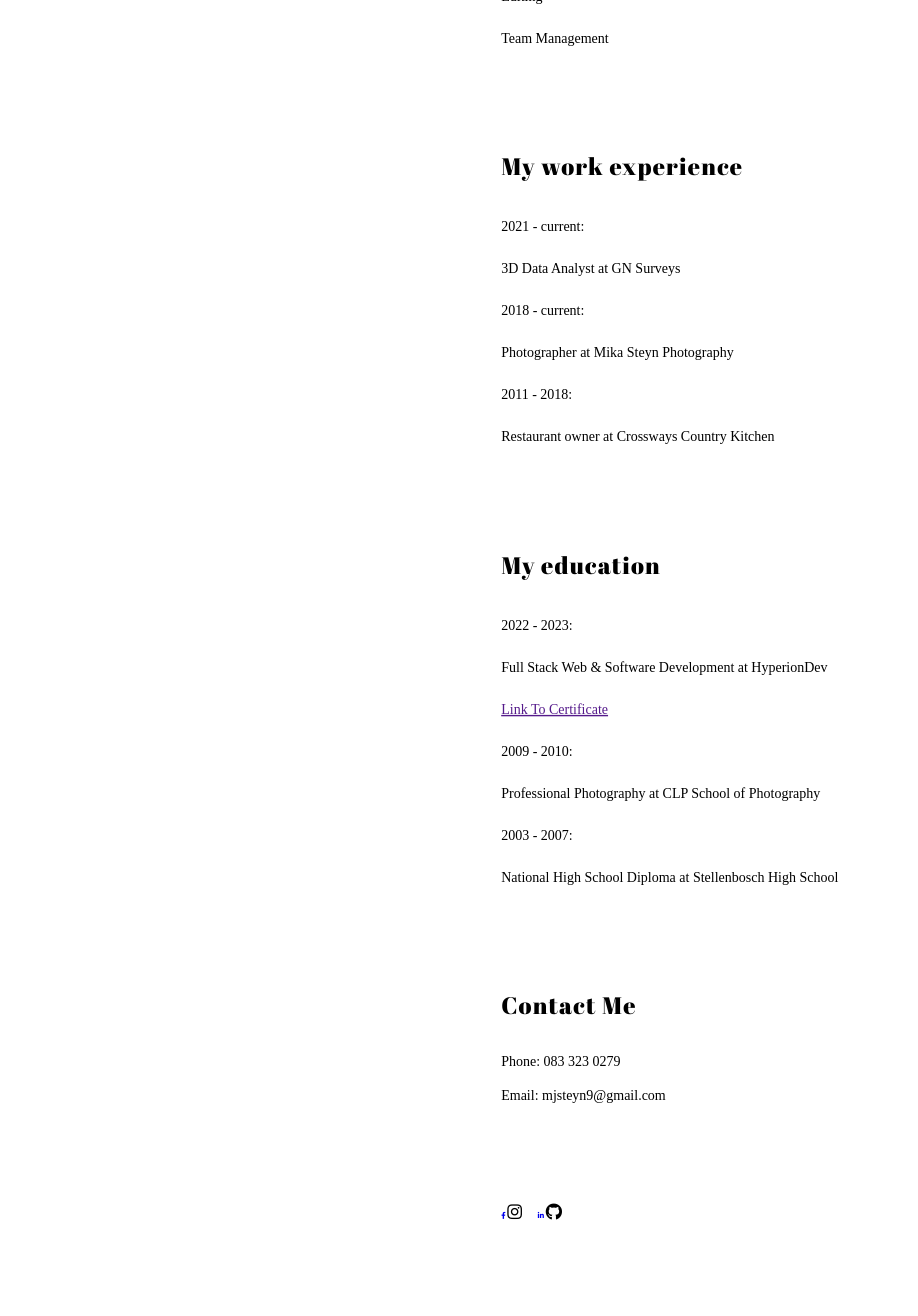
Repository: mikasteyn999/My-CV-Website
Page: index.html
The author's editor kept a copy of each file at every save. The page is drawn from the files as they stood at one save, then again after the next save.
The browser window is 1280 px wide. The page is 1312 px wide, so the pictures cover 1312 px, including what lies to the right of the window. The pictures show the part of the page from y = 1756 to 3636 px (the page is 3636 px tall), at 70% of full size.
Some web fonts or font styles are not loaded; a fallback is used.

Above is the page before, as saved 2023-06-03 19:50:07.

### index.html
<!doctype html>
<html lang="en">
    <head>
        <!-- PAGE TITLE -->
        <title>Mika Steyn CV</title>
        <!-- FONTS -->
        <link href="https://fonts.googleapis.com/css?family=Abril+Fatface%7CArapey&amp;subset=latin-ext" rel="stylesheet">
        <!-- STYLESHEETS -->
        <link rel="stylesheet" type="text/css" href="assets/css/main.css">
        <link rel="stylesheet" href="https://cdnjs.cloudflare.com/ajax/libs/font-awesome/5.15.3/css/all.min.css">
    </head>
    <body>
        <!-- IMAGE CONTAINER -->
        <div class="image-container">
            <div class="background-img"></div>
        </div>
        <!-- CONTENT AREA -->
        <div class="content-area">
            <!-- CONTENT AREA INNER -->
            <div class="content-area-inner">
                <!-- INTRO -->
                <section id="intro">
                    <!-- CONTAINER MID -->
                    <div class="container-mid">
                            <h1>I’m Mika Steyn</h1>
                            <p class="subline">DEVELOPER  |  PHOTOGRAPHER  |  DATA ANALYST</p>
                    </div>
                </section>
                <!-- ABOUT -->
                <section id="about">
                    <h3>Why I can help you</h3>
                    <br>
                    <p>I am a multi-talented professional with a unique combination of skills in software development, photography, and data analysis. With a diploma in Full Stack Web & Software Development, I have a strong technical background and am proficient in several programming languages, including HTML, Java, and JavaScript.
                        <br>
                        <br>
                        In addition to my expertise in software development, I have a passion for photography and have been honing my skills for several years. My focus is mostly on weddings & portraiture, playing with natural light in compelling ways.
                        <br>
                        <br>
                        Finally, I have a strong analytical mind and a deep understanding of data analysis. I have experience working with large datasets in the land surveying sector.
                        <br>
                        br
                        With a diverse skill set and a passion for learning new things, I am a dynamic professional who is able to take on a wide range of challenges and deliver exceptional results.</p></p>
                </section>
                <!-- SKILLS -->
                <section id="skills">
                    <h3>My skills</h3>
                    <!-- SKILLS LIST -->
                    <ul class="skills-list">
                        <li>Full Stack Web Development</li>
                        <li>Software Development</li>
                        <li>Wedding & Lifestyle Photography</li>
                        <li>Editing</li>
                        <li>Team Management</li>
                    </ul>
                </section>
                <!-- WORK EXPERIENCE -->
                <section id="work">
                    <h3>My work experience</h3>
                <!-- WORK LIST -->
                    <ul class="work-list">
                        <li>2021 - current:
                            <br>
                            3D Data Analyst at GN Surveys</li>
                        <li>2018 - current:
                            <br>
                            Photographer at Mika Steyn Photography</li>
                        <li>2011 - 2018:
                            <br>
                            Restaurant owner at Crossways Country Kitchen</li>
                    </ul>
                </section>
                <!-- EDUCATION -->
                <section id="education">
                    <h3>My education</h3>
                <!-- EDUCATION LIST -->
                    <ul class="education-list">
                        <li>2022 - 2023:
                            <br>
                            Full Stack Web & Software Development at HyperionDev
                            <br>
                            <a href="">Link To Certificate</a>
                        </li>
                        <li>2009 - 2010:
                            <br>
                            Professional Photography at CLP School of Photography</li>
                        <li>2003 - 2007:
                            <br>
                            National High School Diploma at Stellenbosch High School</li>
                    </ul>
                </section>
                <!-- CONTACT -->
                <section id="contact">
                    <h3>Contact Me</h3>
                    <!-- CONTACT LIST -->
                    <ul class="contact-list">
                        <li>Phone: 083 323 0279</li>
                        <li>Email: mjsteyn9@gmail.com</li>
                    </ul>
                </section>
                <!-- FOOTER -->
                <section id="footer" class="social-icons">
                    <!-- SOCIAL ICONS -->
                    <a href="https://www.facebook.com/mikasteynphotography"><i class="fab fa-facebook-f" aria-hidden="true"></i></a>
                    <a href="https://www.instagram.com/mikasteynphotography"><i class="fab fa-instagram" aria-hidden="true"></i></a>
                    <a href="https://www.linkedin.com/in/mika-steyn-169564208/"><i class="fab fa-linkedin-in" aria-hidden="true"></i></a>
                    <a href="https://github.com/mikasteyn999"><i class="fab fa-github" aria-hidden="true"></i></a>
                </section>
            </div>
        </div>
    </body>
</html>

### assets/css/main.css
html {
    font-size: 10px;
}

body {
    font-family: 'Arapey', serif;
    font-weight: 300;
    font-style: normal;
    color: #000;
    background: #fff;
    -webkit-font-smoothing: antialiased;
}

h1, h2, h3, h4, h5, h6 {
    font-family: 'Abril Fatface', cursive;
    font-weight: normal;
    letter-spacing: .05em;
    color: #000;;
}

h1 {
    font-size: 4.4rem;
}

h2 {
    font-size: 3.9rem;
}

h3 {
    font-size: 3.4rem;
}

h4 {
    font-size: 2.9rem;
}

h5 {
    font-size: 2.4rem;
}

h6 {
    font-size: 1.9rem;
}

p {
    font-size: 1.8rem;
}

@media (max-width:600px) {
    html {
        font-size: 8px;
    }
}

@media (max-width:500px) {
    html {
        font-size: 7px;
    }
}

.image-container {
    position: fixed;
    z-index: 10;
    top: 0;
    left: 0;

    width: 50%;
    height: 100%;
}

.image-container .background-img {
    position: absolute;
    z-index: 1;
    top: 0;
    left: 0;

    width: 100%;
    height: 100%;

    background: url(../img/profilePhoto.jpg);
    background-repeat: no-repeat;
    background-size: cover;
}

@media (max-width:1200px) {
    .image-container {
        position: relative;
        z-index: 10;
        top: 0;
        left: 0;

        width: 100%;
        height: 100vh;
    }
}

.content-area {
    position: relative;
    left: 0;

    width: 100%;
}

.content-area .content-area-inner {
    position: relative;
    left: 50%;

    width: 50%;
    padding: 0 20px;
    overflow-x: hidden;
}

.content-area .content-area-inner section {
    max-width: 520px;
    margin: 0 auto 18vh auto;
}

@media (max-width:1200px) {
    .content-area .content-area-inner {
        left: 0;

        width: 100%;
        padding: 0 20px;
    }
}

#intro {
    position: relative;
    height: 100vh;
    margin-bottom: 0;
}

#intro .container-mid {
    position: absolute;
    top: 50%;
    width: 100%;
    -webkit-transform: translateY(-50%);
        -ms-transform: translateY(-50%);
            transform: translateY(-50%);
}

#intro .container-mid p.subline {
    font-size: 2.2rem;
    line-height: 1.6em;
    margin-top: 2em;
    margin-bottom: 2.2em;
}

@media (max-width:1200px) {
    #intro {
        height: auto;
    }

    #intro .container-mid {
        position: relative;
        top: 0;
        margin: 15vh 0;
        -webkit-transform: translate(0);
            -ms-transform: translate(0);
                transform: translate(0);
    }
}

#about p {
    line-height: 1.5em;
    margin-bottom: 2em;
}

#about p:last-child {
    margin-bottom: 0;
}

#skills .skills-list {
    margin-bottom: 0;
    padding: 0;

    list-style: none;
}

#skills .skills-list li {
    font-size: 2rem;
    line-height: 3em;
}

#work .work-list {
    margin-bottom: 0;
    padding: 0;

    list-style: none;
}

#work .work-list li {
    font-size: 2rem;
    line-height: 3em;
}

#education .education-list {
    margin-bottom: 0;
    padding: 0;
    list-style: none;
}

#education .education-list li {
    font-size: 2rem;
    line-height: 3em;
}

#contact .contact-list {
    margin-bottom: 3.4em;
    padding: 0;
    list-style: none;
}

#contact .contact-list li {
    font-size: 2rem;
    line-height: 2.4em;
}


#footer .fa-facebook, .fa-instagram, .fa-linkedin, .fa-github {
    padding-right: 20px;
    font-size: x-large;
    color: #000;

}

After the next save:
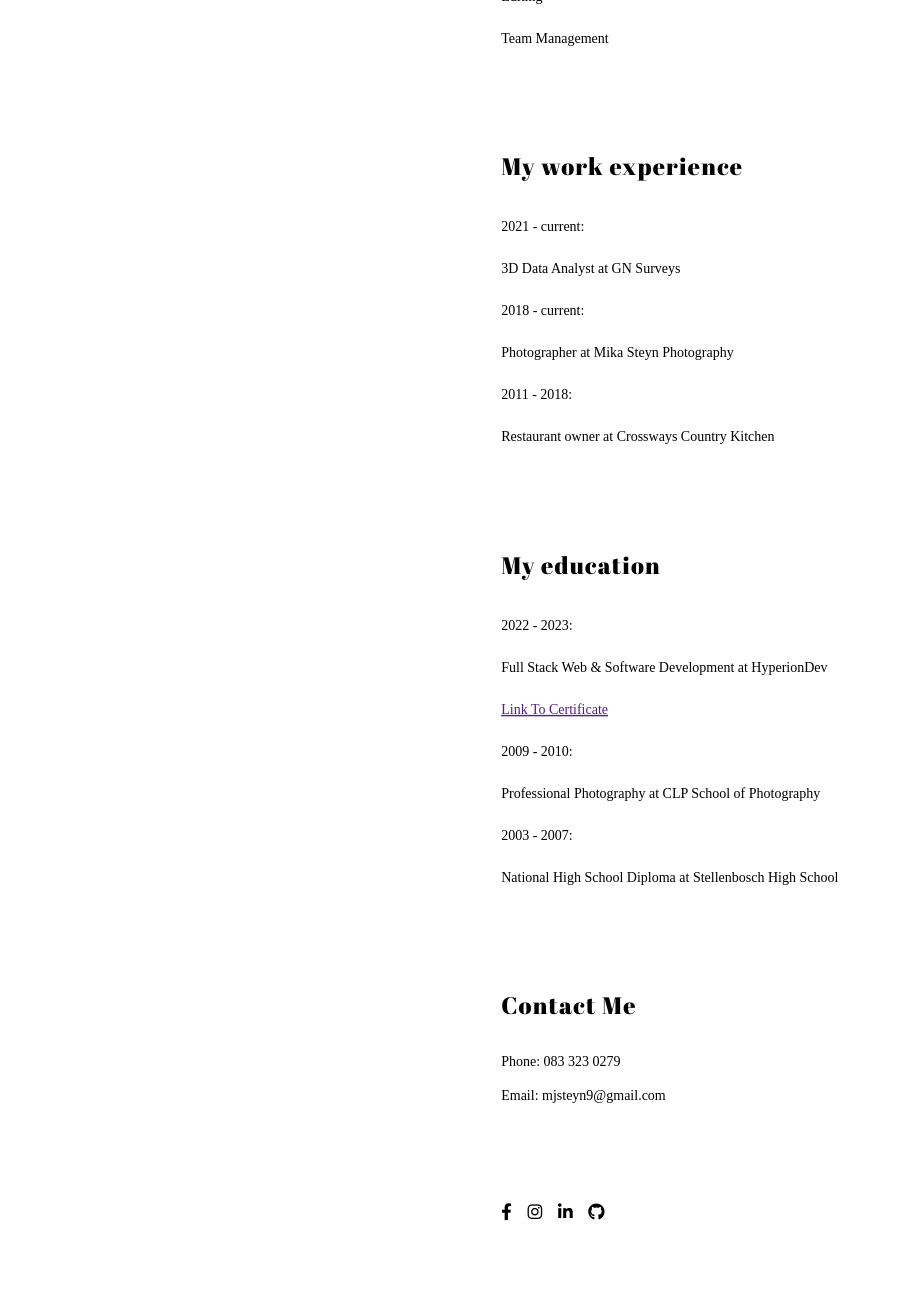
Saved 44 s later.
--- a/assets/css/main.css
+++ b/assets/css/main.css
@@ -217,7 +217,7 @@ p {
 }
 
 
-#footer .fa-facebook, .fa-instagram, .fa-linkedin, .fa-github {
+#footer .fa-facebook-f, .fa-instagram, .fa-linkedin-in, .fa-github {
     padding-right: 20px;
     font-size: x-large;
     color: #000;
